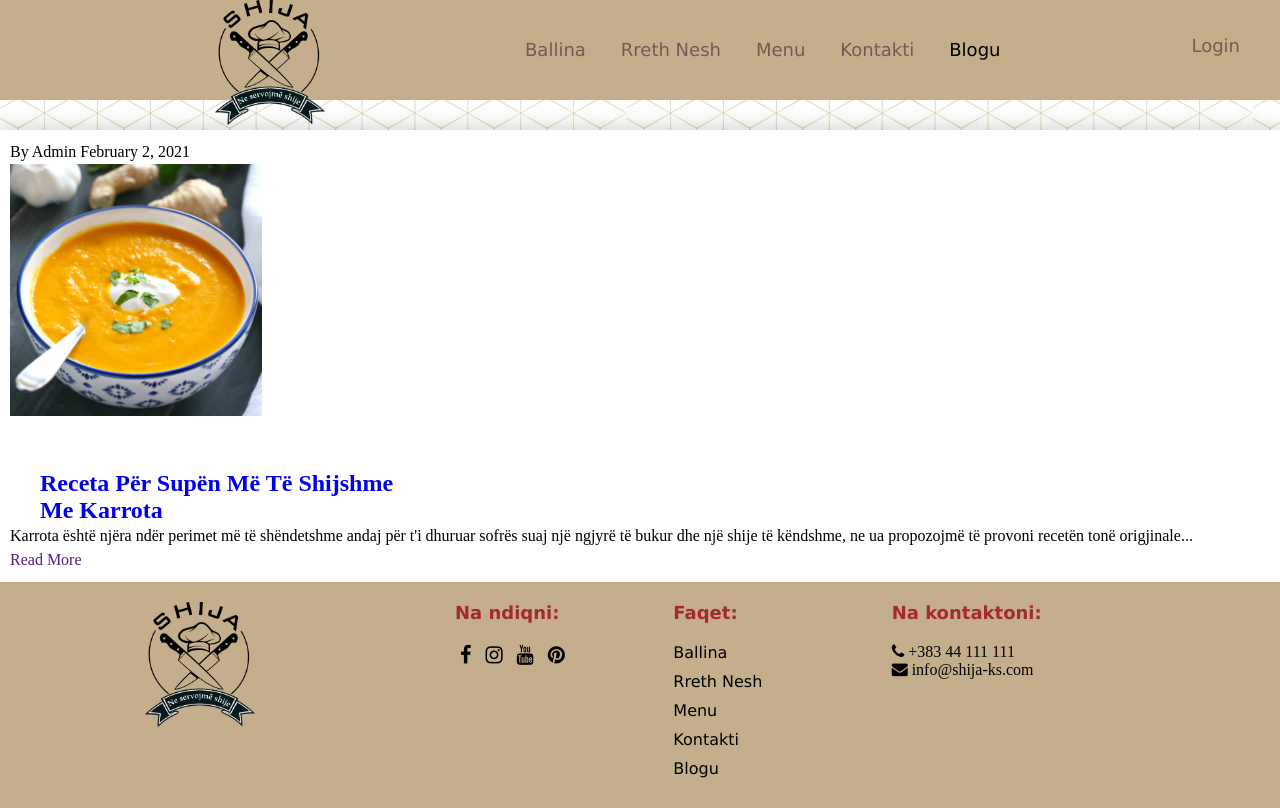
Repository: bs47892/ProjektiWeb-Shija2020
Page: blog.html
An editor plug-in stored every save of this project. The page is shown before and after the next save, followed by the edit.
The browser window is 1280 px wide. The pictures show the whole page.
Some web fonts or font styles are not loaded; a fallback is used.

Above is the page before, as saved 2021-03-09 21:13:41.

### blog.html
<!DOCTYPE html>
<html lang="en" dir="ltr">
    <head>
        <meta charset="utf-8">
<title> Restaurant Shija </title>
<link rel="stylesheet" type="text/css" href ="style.css">
<link rel="stylesheet" href="https://stackpath.bootstrapcdn.com/font-awesome/4.7.0/css/font-awesome.min.css">
<link rel="preconnect" href="https://fonts.gstatic.com">

<link href="https://fonts.googleapis.com/css2?family=Dancing+Script&family=EB+Garamond&family=Lovers+Quarrel&display=swap" rel="stylesheet">
    </head>
    <body>
       <header class="header">
           <div class ="container">
               <div class="logo">
            <img src="images/logo-png.png" alt="llogo" width="110" height="125"/>
               </div>
           <nav>
            <ul>
                <li><a href="shija.html" class="underline">Ballina</a></li>
                <li><a href="RrethNesh.html" class="underline">Rreth Nesh</a></li>
                <li><a href="menu.html" class="underline">Menu</a></li>
                <li><a href="kontakti.html" class="underline">Kontakti</a></li>
                <li><a href="blog.html" class="underline active">Blogu</a></li>
            </ul>
            </nav>
            <li><a href="login/login.html" class="rightlog">Login</a></li>


           </div>
        </header>
 <!--********************Ketu perfundon tagu per header*****************************-->
<div class="artikuj">
    <div class="artikulli1">
    <div class="ar1">
        <p class="data">By Admin <span>February 2, 2021</span></p>
        <img src="images/foto_artikulli1.jpg">
        <h2><a href="#">Receta Për Supën Më Të Shijshme<br> Me Karrota</a></h2>
        <p class="content">Karrota është njëra ndër perimet më të shëndetshme
            andaj për t'i dhuruar sofrës suaj një ngjyrë të bukur dhe një shije
            të këndshme, ne ua propozojmë të provoni recetën tonë origjinale...
        </p>
        <p><a href="" class="read-more-btn">Read More</a></p>
    </div>
    </div>
    <div class="artikulli2">

    </div>
    <div class="artikulli3">

    </div>

</div>



 <!--**************************Ketu fillon footeri**********************************-->
<footer class="footer">
    <div class="inner_footer">
        <div class="logo">
            <img src="images/logo-png.png" alt="llogo" width="110" height="125"/>
        </div>
        <div class ="footer_third">

            <h3>Na ndiqni: </h3>
            <p>

            </p>
            <div class="socials">
            <ul>
            <li><a href="#"><i class="fa fa-facebook"></i></a></li>
            <li><a href="#"><i class="fa fa-instagram"></i></a></li>
            <li><a href="#"><i class="fa fa-youtube"></i></a></li>
            <li><a href="#"><i class="fa fa-pinterest"></i></a></li>
            </ul>
            </div>
        </div>
        <div class ="footer_third">
            <h3>Faqet: </h3>
            <p>

            </p>
            <div class="menu">
            <ul>
                <li><a href="shija.html">Ballina</a></li>
                <li><a href="RrethNesh.html">Rreth Nesh</a></li>
                <li><a href="menu.html">Menu</a></li>
                <li><a href="kontakti.html">Kontakti</a></li>
                <li><a href="blog.html">Blogu</a></li>
            </ul>
            </div>
            </div>

        <div class ="footer_third">
            <h3>Na kontaktoni: </h3>
            <p>

            </p>
            <div class="kontakti">
                <i class="fa fa-phone"> +383 44 111 111</i>
            <i class ="fa fa-envelope"> info@shija-ks.com</i>
            </div>
        </div>





    </footer>
    </body>
</html>

### style.css
*{
    margin:0;
    padding:0;
    list-style: none;
    text-decoration: none;
}
body{
    background-image:url(images/mainbackground.jpg);
}


header{
    min-height: 100px;
    background-color: rgb(196, 174, 140);
}
.logo {

    float:left;
    padding: 0 200px 0 215px;

}
nav ul li{
    float: left;
    line-height: 100px; /*text in the center*/
    padding-right: 15px;
}

nav ul li a{
    display: block;
    font-size: 18px;
    font-family:Verdana, Geneva, Tahoma, sans-serif;
    color:rgba(44, 37, 37, 0.582);
    padding: 0px 20px 1px 0px;

}

nav ul li a:hover{
    color:rgb(0, 0, 0);
}

.underline {
    display: inline;
    position: relative;
    user-select: none;
}



.underline::before {
    content: '';
    position: absolute;
    width: 100%;
    transform: scaleX(0);
    height: 3px;
    bottom: 0;
    left: 0;
    background-color: #000000c4;
    transform-origin: center;
    transition: transform 0.30s ease-out;
}
.underline:hover::before {
    transform: scaleX(1);
    transform-origin: center;
}

.active {
    color: black;
}
footer{
    position: relative;;    /*rreshti 47 dhe 48 e definojne poziten e footerit*/
    bottom: 0;
    width: 100vw;
    display: block;
    overflow: hidden;
    padding: 20px 0;
    box-sizing: border-box;
    background-color: rgb(196, 174, 140);
}
.inner_footer{
    display: block;
    margin: 0 auto;
    width: 1100px;
}
.inner_footer .logo{
   padding-left: 5%;

}
.inner_footer .footer_third{

  width: calc(21.666666667% - 20px);
  display: inline;
    float:left;
    height:100%
}
.inner_footer .footer_third:last-child{
    margin-right:0;
}
.inner_footer .footer_third h3{
    font-family: Verdana, Geneva, Tahoma, sans-serif;
    font-size:18px;
    color: brown;
    display:block;
    width: 100%;
    margin-bottom:20px;
}
.inner_footer .footer_third .socials a{
    font-family: Verdana, Geneva, Tahoma, sans-serif;

    display:block;
    color: black;
    font-weight:200;
    width: 100%;
    padding-bottom:20px;
}
.inner_footer .footer_third .socials li{
    display: inline-block;
    padding: 0 5px;
    font-size: 20px;
}
.inner_footer .footer_third .menu a{
    font-family:Verdana, Geneva, Tahoma, sans-serif;
    display:block;
    color: black;
    padding-bottom:10px;
}

.rightlog {
    float: right;
    display: block;
    font-size: 18px;
    font-family:Verdana, Geneva, Tahoma, sans-serif;
    color:rgba(44, 37, 37, 0.582);
    padding: 35px 40px 35px 35px;
}

.rightlog:hover {
    color: black;
}
/*main page (slider)*/
.slider{


    transform: translate(-25%, 0%);
       width:800px;
       height:500px;
       border-radius: 10px;
       overflow:hidden;

   }
   .slides{
       width:500%;
       height: 500px;
       display: flex;
   }
   .slides input{
       display: none;
   }
   .slide{
       width:20%;
       transition: 2s;
   }
   .slide img{
       width:800px;
       height:500px;
   }
   .navigation-manual{
   position: absolute;
   width:800px;
   margin-top: 460px;
   display: flex;
   justify-content: center;

   }
   .manual-btn{
       border:2px solid black;
       padding: 5px;
       border-radius: 10px;
       cursor:pointer;
       transition:1s;
   }
   .manual-btn:not(:last-child){
       margin-right: 40px;
   }
   .manual-btn:hover{
       background-color: black;

   }
   #radio1:checked ~ .first{
       margin-left:0;
   }
   #radio2:checked ~ .first{
       margin-left:-20%;
   }
   #radio3:checked ~ .first{
       margin-left:-40%;
   }
   #radio4:checked ~ .first{
       margin-left:-60%;
   }
   .navigation-auto{
       position: absolute;
       display: flex;
       width:800px;
       justify-content: center;
       margin-top: 460px;
   }
   .navigation-auto div{
       border:2px solid black;
       padding:5px;
       border-radius:10px;
       transition: 1s;
   }
   .navigation-auto div:not(:last-child){
       margin-right: 40px;
   }
   #radio:checked ~ .navigation-auto.auto-btn1{
       background: black;
   }
   #radio:checked ~ .navigation-auto.auto-btn2{
       background: black;
   }
   #radio:checked ~ .navigation-auto.auto-btn3{
       background: black;
   }
   #radio:checked ~ .navigation-auto.auto-btn4{
       background: black;
   }
   /*main slider perfundon ketu*/

   /*sllogani*/
   .sllogani{
       display:block;
       border:2px dotted rgb(196, 174, 140);
       height: 200px;
       width: 100%;
       background-color:white;
       margin-top: 50px;
   }
   .sllogani h1{
      font-size: 500%;
      font-family:  'Dancing Script', cursive;
      color: rgb(102, 69, 65);
      margin-top: 50px;
      margin-left: 30%;

   }
   /*perfundoi sllogani*/
   /*specialitet*/
   .specialiteti{
       display: block;
       border:1px solid white;
       height: 400px;
       width:100%;

   }
   .specialiteti img{
       float:left;
       margin-top:100px;
       margin-left: 20px;
       size: 275, 153;
   }
   .specialiteti h1{
       font-size: 300%;
       margin-top: 80px;
       font-family: 'EB Garamond', serif;
       font-style: italic;
   }
   .specialiteti p{
       float:right;
       font-size: 180%;
       margin-top: 25px;
       margin-right: 50px;
       line-height: 35px;
       font-family: 'EB Garamond', serif;
   }
   /*perfundon specialiteti*/
   .lokacioni{
    display: block;
    border:1px solid white;
    height: 500px;
    width:100%;
    background-color: white;

   }
.lokacioni img{
 float: left;
 margin-left: 50px;
}
.lokacioni h1{
    font-family: 'EB Garamond', serif;
    font-style: italic;
    margin-top: 50px;
    margin-left: 600px;
}
.lokacioni p{
float: right;
margin-right: 300px;
margin-top:50px;
font-size: 130%;
line-height: 50px;
font-family: 'EB Garamond', serif;
}
.lokacioni p i{
    color:rgb(143, 96, 91);
}

/* Rreth nesh */
.body02 {
    background-image:url(images/rrethdesc.png);
    height: 600px;
    width: 1536px;
}
.about-section{
    font-family: Verdana, Geneva, Tahoma, sans-serif;
}

.inner-container{
    height: 400px;
    font-family: 'Poppins', sans-serif;
}

.inner-container h1{
    font-size: 30px;
    font-weight: 900;
}

.text{
    font-size: 20px;
    color: #545454;
    line-height: px;
    text-align: justify;

}

h1 {
    margin-left: 41%;
    padding-top: 5px;
}

h2 {
    padding-top: 50px;
    padding-left: 30px;
}

p {
    line-height: 24px;
}

/*Menu fillon ketu*/
.menuja{
    border:3px dotted brown;
    border-radius: 10px;
    height: auto;
    width: 60%;
margin-left: 20%;
margin-top: 30px;
margin-bottom: 30px;
}
.menuja h1{
    font-family: 'Dancing Script', cursive ;
    font-size: 500%;
}
.menuja .titull{
    border: 1px solid black;
    height: 40px;
    width: 150px;
    text-align: center;
    background-color: coral;
    margin-left: 40%;
    margin-top: 50px;
}
.menuja .titull h2{
padding:0;
font-family: 'EB Garamond', serif;
}
.menuja ul{
    font-family: 'EB Garamond', serif;
    margin-left: 30px;
    margin-top: 15px;
    font-size: 200%;
    margin-bottom: 15px;

}
/*Menu perfundon ketu*/


/*Contact Form fillon ketu*/

.containerc {
    max-width: 700px;
    width: 100%;
    margin: 0% 30% 30% 28% ;
    position: relative;
  }

  #contact input[type="text"],
  #contact input[type="email"],
  #contact input[type="tel"],
  #contact input[type="url"],
  #contact textarea,
  #contact button[type="submit"] {
    font: 400 12px/16px "Roboto", Helvetica, Arial, sans-serif;
  }

  #contact {
    background: #F9F9F9;
    padding: 25px;
    margin: 150px 0;
    box-shadow: 0 0 20px 0 rgba(0, 0, 0, 0.2), 0 5px 5px 0 rgba(0, 0, 0, 0.24);
  }

  #contact h3 {
    display: block;
    font-size: 40px;
    font-weight: 300;
    margin-bottom: 10px;
    text-align:center;
    font-family: Fjalla One, sans-serif;
  }

  #contact h4 {
    margin: 5px 0 15px;
    display: block;
    font-size: 13px;
    font-weight: 400;
    text-align: center;
    font-family: Fjalla One, sans-serif;
  }

  fieldset {
    border: medium none !important;
    margin: 0 0 10px;
    min-width: 100%;
    padding: 0;
    width: 100%;
  }

  #contact input[type="text"],
  #contact input[type="email"],
  #contact input[type="tel"],
  #contact input[type="url"],
  #contact textarea {
    width: 100%;
    border: 1px solid #ccc;
    background: #FFF;
    margin: 0 0 5px;
    padding: 10px;
    font-family: Arial, Helvetica, sans-serif;
  }

  #contact input[type="text"]:hover,
  #contact input[type="email"]:hover,
  #contact input[type="tel"]:hover,
  #contact input[type="url"]:hover,
  #contact textarea:hover {
    -webkit-transition: border-color 0.3s ease-in-out;
    -moz-transition: border-color 0.3s ease-in-out;
    transition: border-color 0.3s ease-in-out;
    border: 1px solid #aaa;
    font-family: Arial, Helvetica, sans-serif;
  }

  #contact textarea {
    height: 100px;
    max-width: 100%;
    resize: none;
  }

  #contact button[type="submit"] {
    cursor: pointer;
    width: 100%;
    border: none;
    background: #000000e1;
    color: rgb(255, 255, 255);
    margin: 0 0 5px;
    padding: 10px;
    font-size: 15px;
    border: 3px solid black;
    border-radius: 10px;
  }

  #contact button[type="submit"]:hover {
    background: rgba(255, 255, 255, 0);
    color: rgb(11, 59, 11);
    border: 3px solid black;
    -webkit-transition: background 1s ease-in-out;
    -moz-transition: background 1s ease-in-out;
    transition: background-color 1s ease-in-out;
  }

  #contact button[type="submit"]:active {
    box-shadow: inset 0 1px 3px rgb(126, 0, 0);
  }

  .copyright {
    text-align: center;
  }

  .aboutlink {
    font-size: 18px;
    color: #000000;
  }

  .aboutlink:hover {
    font-size: 18.9px;
  }

  #contact input:focus,
  #contact textarea:focus {
    outline: 0;
    border: 1px solid #aaa;
  }

  ::-webkit-input-placeholder {
    color: #888;
  }

  :-moz-placeholder {
    color: #888;
  }

  ::-moz-placeholder {
    color: #888;
  }

  :-ms-input-placeholder {
    color: #888;
  }

  /*CSS per faqe blog*/

  .ar1{
      box-shadow: 0px 0px 20px 1px rgba(0, 0, 0, 0.2);
      padding:10px;
      margin-top: 30px;
      background-color: #fff;
  }
  .ar1 img {
      max-height: 20%;
      max-width: 20%;
  }

/*
  .artikuj {
      clear:both;
      margin-left: 100px;
      margin-top: 40px;




  }
  .artikuj img{
      max-height: 20%;
      max-width: 20%;

  }
  .artikuj h2 {
   padding-top:0%;
   padding-left: 0%;
   font-size: 18px;

  }
  .artikuj h2 a{
      color: black;
      font-family: 'EB Garamond', serif;
  }

After the next save:
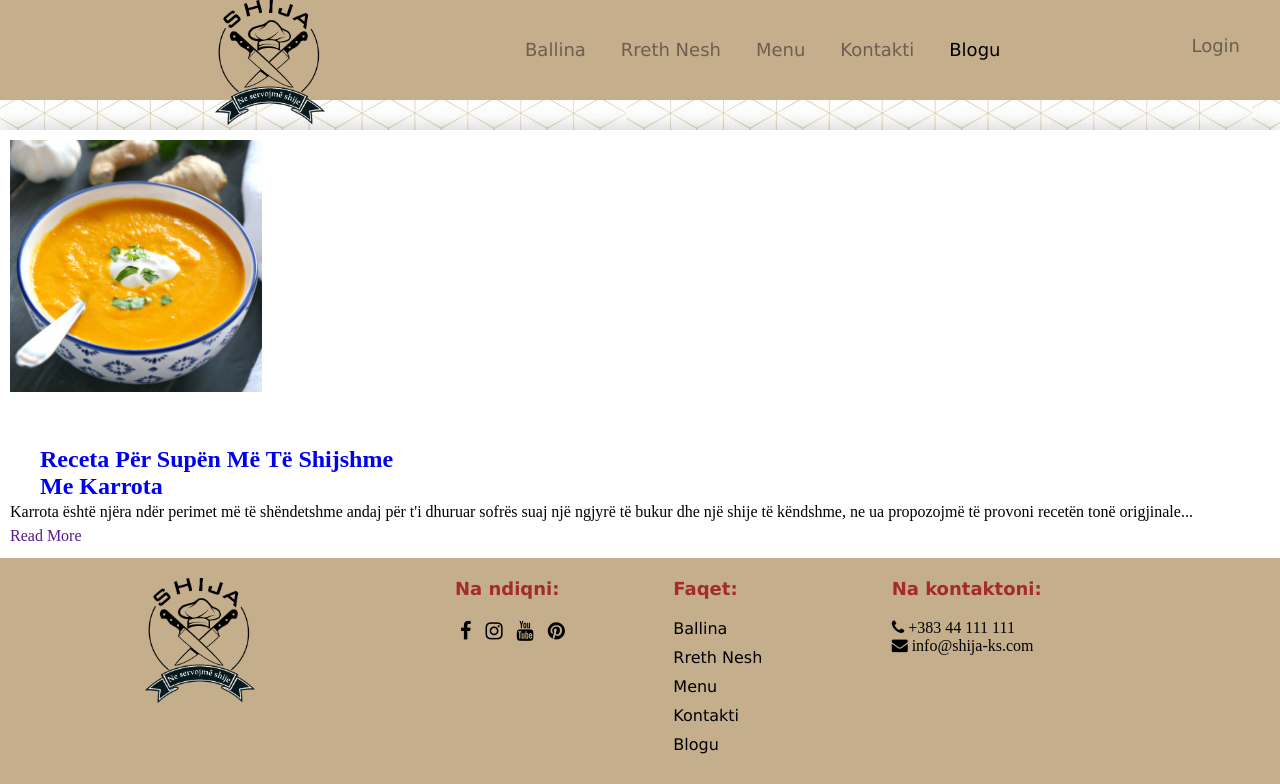
Saved 2 min 10 s later.
--- a/blog.html
+++ b/blog.html
@@ -33,7 +33,7 @@
 <div class="artikuj">
     <div class="artikulli1">
     <div class="ar1">
-        <p class="data">By Admin <span>February 2, 2021</span></p>
+
         <img src="images/foto_artikulli1.jpg">
         <h2><a href="#">Receta Për Supën Më Të Shijshme<br> Me Karrota</a></h2>
         <p class="content">Karrota është njëra ndër perimet më të shëndetshme
